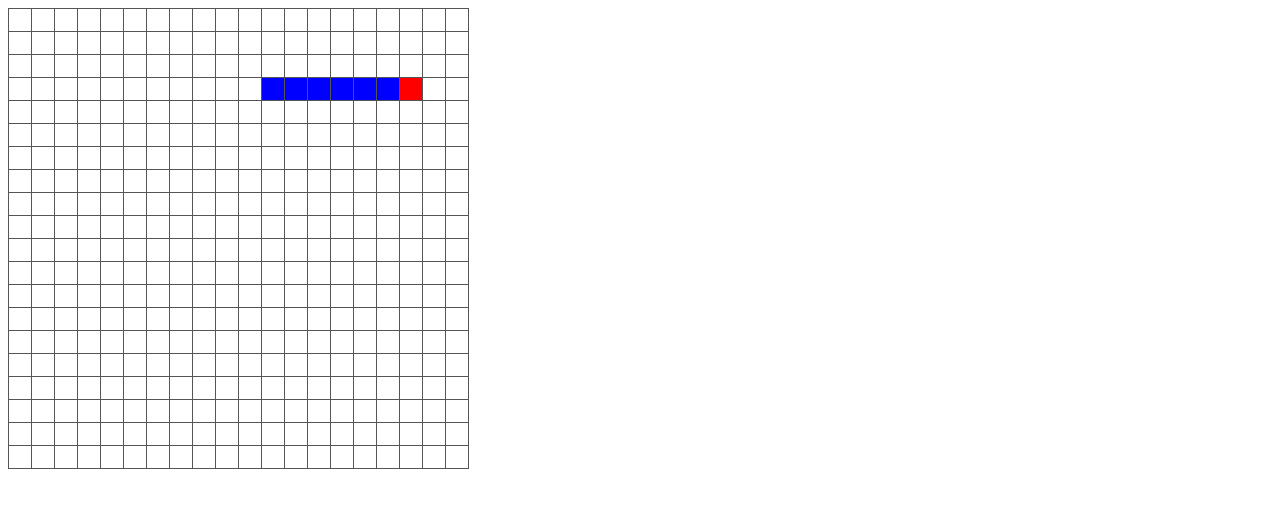
Repository: ycsheng/Games
Page: 01_snake/index.html
An editor plug-in stored every save of this project. The page is shown before and after the next save, followed by the edit.
The browser window is 1280 px wide. The pictures show the whole page.

Above is the page before, as saved 2021-09-18 16:01:16.

### 01_snake/index.html
<!DOCTYPE html>
<html lang="zh">
<head>
  <meta charset="UTF-8">
  <meta http-equiv="X-UA-Compatible" content="IE=edge">
  <meta name="viewport" content="width=device-width, initial-scale=1.0">
  <title>Document</title>
  <style>
    table {
      border-collapse: collapse;
      border: 1px solid #333
    }
    td {
      width: 20px;
      height: 20px;
      border: 1px solid #555;
    }
  </style>
</head>
<body>
  <div id="app"></div>
  <script src="./js/Game.js"></script>
  <script src="./js/Snake.js"></script>
  <script>
    var game = new Game();
  </script>
</body>
</html>

### 01_snake/js/Game.js
/*
  1. 在构造函数中创建一个空对象
  2. 将执行上下文指向这个空对象
  3. 执行里面的所有函数
  4. 执行完成后，返回对象
*/
function Game() {
  // 创建表格
  this.row = 20;  // 行数
  this.col = 20;  //列数
  // 初始化节点
  this.init();
  // 实例化蛇类
  this.snake = new Snake();
  // 执行定时器任务
  this.start();
  // 键盘的事件监听
  this.bindEvent();

  // this.snake.render();
}
// 舞台设计
Game.prototype.init = function() {
  this.dom = document.createElement("table");
  var tr, td;
  // 遍历行和列上树
  for(var i = 0; i < this.row; i++) {
    // 遍历行，创建节点上树
    tr = document.createElement("tr");
    for(var j = 0; j < this.col; j++) {
      // 遍历列，创建节点上树
      td = document.createElement("td");
      tr.appendChild(td)
    }
    // 追加节点上树
    this.dom.appendChild(tr);
  }
  // 表格上树
  document.getElementById("app").appendChild(this.dom)
}

// 清屏方法
Game.prototype.clear = function() {
  // 遍历表格，擦除画布
  for(var i = 0; i < this.row; i++) {
    for(var j = 0; j < this.col; j++) {
      this.dom.getElementsByTagName("tr")[i].getElementsByTagName("td")[j].style.background = "white"
    }
  }
}

// 设置颜色的方法
Game.prototype.setColor = function(row, col, color) {
  // 让表格的第几行，第几列设置颜色的方法
  this.dom.getElementsByTagName("tr")[row].getElementsByTagName("td")[col].style.background = color;
}

// 设置键盘的事件监听
Game.prototype.bindEvent = function() {
  var self = this;
  // 键盘事件
  document.onkeydown = function(event) {
    console.log(event.keyCode);
    // 39 40 37 38
    switch(event.keyCode) {
      case 39:
        if(self.snake.direction == "L") return;
        // self.snake.direction = "R";
        self.snake.changeDirection("R");
        break;
      case 40:
        if(self.snake.direction == "T") return;
        // self.snake.direction = "D";
        self.snake.changeDirection("D");
        break;
      case 37:
        if(self.snake.direction == "R") return;
        // self.snake.direction = "L";
        self.snake.changeDirection("L");
        break;
      case 38:
        if(self.snake.direction == "D") return;
        // self.snake.direction = "T";
        self.snake.changeDirection("T");
        break;
    }
  }
}

// 定时器
Game.prototype.start = function() {
  this.timer = setInterval(function() {
    // 定时器里面的核心就是游戏的渲染本质，清屏-更新-渲染
    // 清除屏幕，解决蛇会边长但不运动
    game.clear();
    // 渲染蛇
    game.snake.render();
    // 蛇的运动
    game.snake.update();
  }, 500)
}

### 01_snake/js/Snake.js
function Snake() {
  // 蛇的初始化身体
  this.body  = [
    {"row": 3, "col": 8},
    {"row": 3, "col": 7},
    {"row": 3, "col": 6},
    {"row": 3, "col": 5},
    {"row": 3, "col": 4},
    {"row": 3, "col": 3},
    {"row": 3, "col": 2},
  ];
  // 信号量，设置的运动方向
  this.direction = "R";
  // 即将改变的方向，目的是为例防止出现原地掉头的情况
  this.willDirection = "R"
}

// 蛇的运动
Snake.prototype.update = function() {
  // 当前的direction接收一个willDirection
  this.direction = this.willDirection;
  // 尾部减一
  this.body.pop();
  // 头部
  // this.body.unshift({"row": this.body[0].row, "col": this.body[0].col + 1});
  // 蛇的不容方向的运动
  switch(this.direction) {
    case "R": // 右
      this.body.unshift({"row": this.body[0].row, "col": this.body[0].col + 1});
      break;
    case "D": // 下
      this.body.unshift({"row": this.body[0].row + 1, "col": this.body[0].col});
      break;
    case "L": // 左
      this.body.unshift({"row": this.body[0].row, "col": this.body[0].col - 1});
      break;
    case "T": // 上
      this.body.unshift({"row": this.body[0].row - 1, "col": this.body[0].col});
      break;
  }
  // 死亡的判定
  if(this.body[0].row > game.row - 1 || this.body[0].col > game.col - 1 || this.body[0].row < 0 || this.body[0].col < 0) {
    alert("gameover");
    this.body.shift();
    clearInterval(game.timer);
  }

}

// 蛇的方向改变，防止在一次渲染之前会出现掉头的情况
Snake.prototype.changeDirection = function(next) {
  this.willDirection = next;
}

/*
  Snake的render谁来调用？如果Snake自己的构造函数调用得不到game
  因为Game类还没有执行完四步走
  解决方案：定时器，异步
*/
Snake.prototype.render = function() {
  // 蛇头的渲染
  game.setColor(this.body[0].row, this.body[0].col, "red");
  // 蛇身体的渲染
  for(var i = 1; i < this.body.length; i++) {
    game.setColor(this.body[i].row, this.body[i].col, "blue")
  }
}

After the next save:
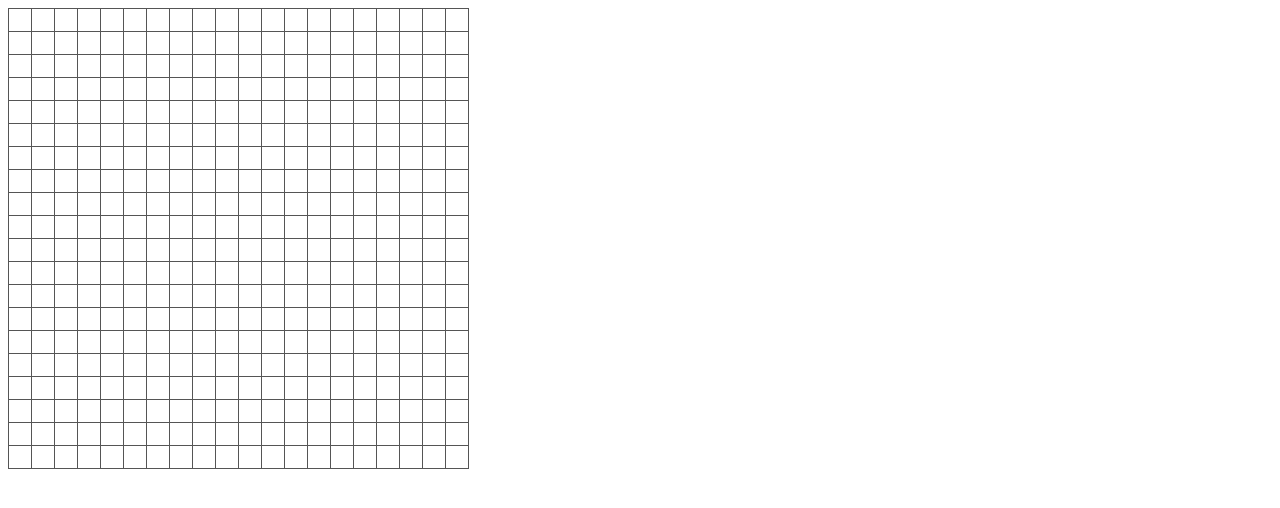
Console error: SyntaxError: Unexpected token '}'
Saved 3 min 32 s later.
--- a/01_snake/js/Snake.js
+++ b/01_snake/js/Snake.js
@@ -38,13 +38,16 @@
       this.body.unshift({"row": this.body[0].row - 1, "col": this.body[0].col});
       break;
   }
-  // 死亡的判定
+  // 死亡的判定--越界
   if(this.body[0].row > game.row - 1 || this.body[0].col > game.col - 1 || this.body[0].row < 0 || this.body[0].col < 0) {
     alert("gameover");
-    this.body.shift();
+    // this.body.shift();
     clearInterval(game.timer);
   }
-
+  // 蛇撞到了自己
+  for(var i = 1; i < this.body.length; i++) {
+    if(this.body[0].row == this.body[i].row || this.body[0].col == this.body[i].col)
+  }
 }
 
 // 蛇的方向改变，防止在一次渲染之前会出现掉头的情况

After the save that followed:
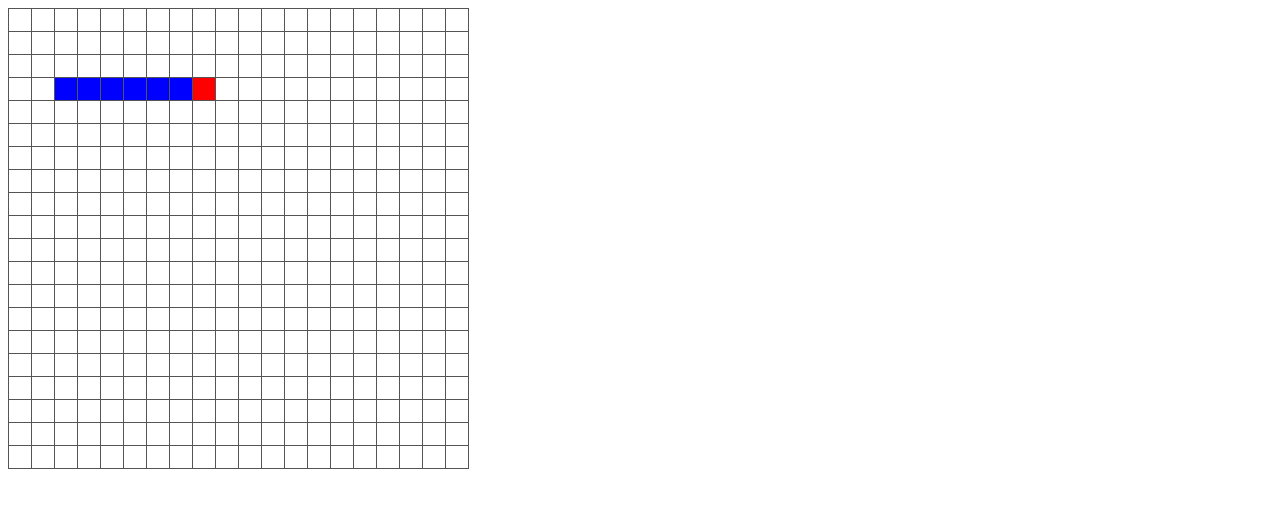
The error is gone.
Saved 16 s later.
--- a/01_snake/js/Snake.js
+++ b/01_snake/js/Snake.js
@@ -46,7 +46,10 @@
   }
   // 蛇撞到了自己
   for(var i = 1; i < this.body.length; i++) {
-    if(this.body[0].row == this.body[i].row || this.body[0].col == this.body[i].col)
+    if(this.body[0].row == this.body[i].row || this.body[0].col == this.body[i].col) {
+      alert("gameover");
+      clearInterval(game.timer);
+    }
   }
 }
 
